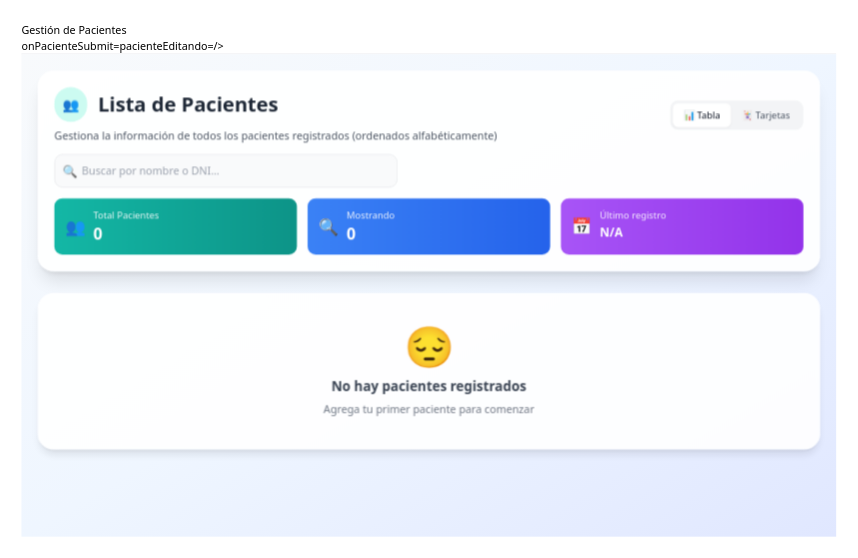
Repository: manucavallera/ConsultorioA
Page: /pacientes (app in frontend/)
An editor plug-in stored every save of this project. The page is shown before and after the next save, followed by the edit.
The browser window is 1280 px wide. The pictures show the whole page, at 67% of full size.
The page's requests for data from a server got no answer. The project was rebuilt for these pictures with package versions that can differ from the ones it lists, and the page was loaded fresh each time. No one was signed in, and anything a server would have sent is missing. Also part of the build but not shown: frontend/vite.config.js, frontend/src/Home.jsx, frontend/src/components/PatientHistoryForm.jsx, frontend/src/components/RegistroTratamiento.jsx, frontend/src/components/Citas.jsx, frontend/src/components/SolicitudAnalisis.jsx, frontend/src/components/SubirEstudiosAnalisis.jsx, frontend/src/components/FotoAntesDespues.jsx.

Above is the page before, as saved 2025-08-07 09:15:46.

After the next save:
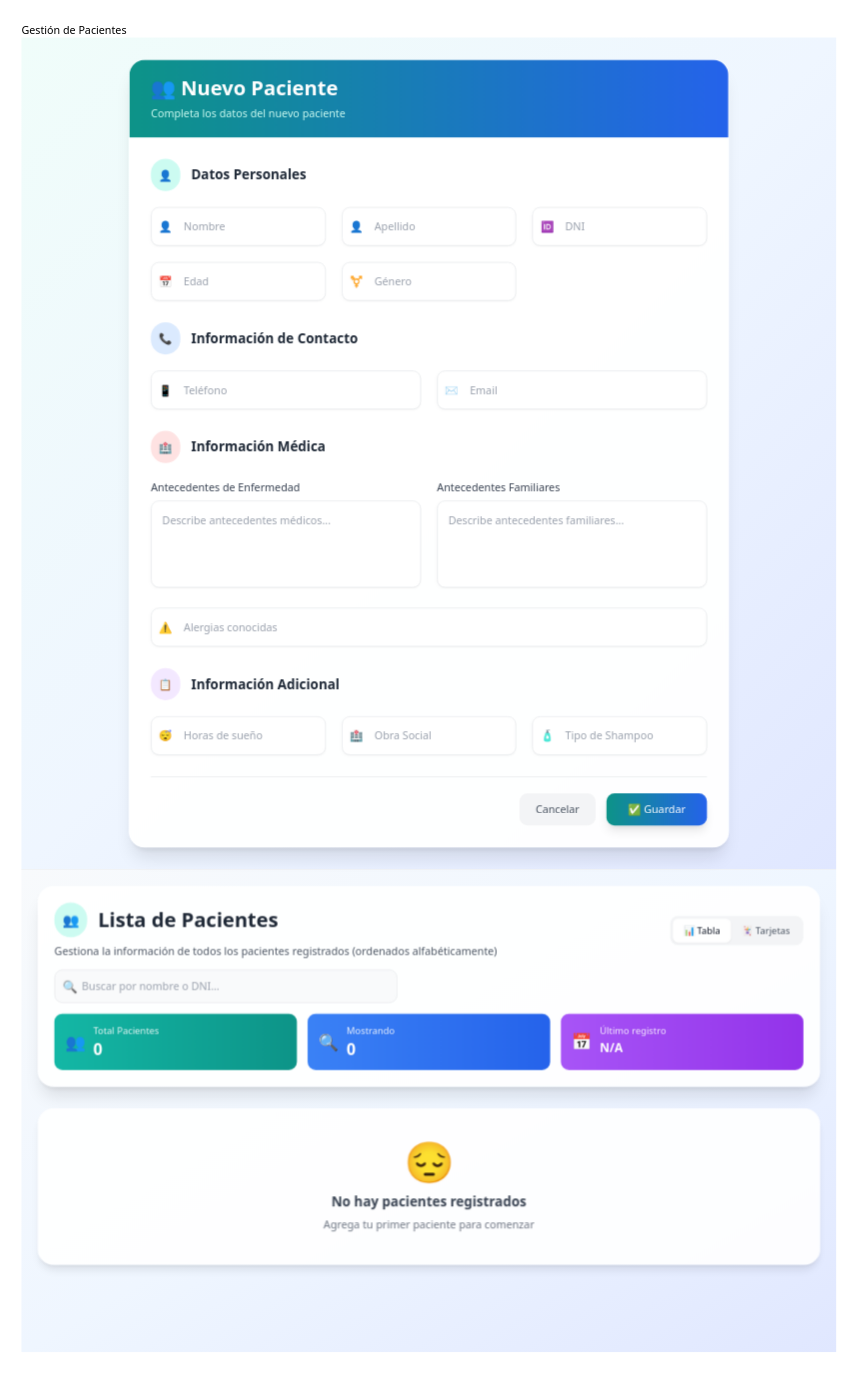
Saved 47 s later.
--- a/frontend/src/App.jsx
+++ b/frontend/src/App.jsx
@@ -41,14 +41,15 @@ function App() {
           element={
             <div style={{ padding: "2rem" }}>
               <h2>Gestión de Pacientes</h2>
-              onPacienteSubmit={handlePacienteSubmit}
-              pacienteEditando={pacienteEditando}
+              <PacienteForm
+                onPacienteSubmit={handlePacienteSubmit}
+                pacienteEditando={pacienteEditando}
               />
               <hr />
               <PacienteList
                 pacientes={pacientes}
                 setPacientes={setPacientes}
-                onEditPaciente={handleEditPaciente} // ✅ FIX: Función estable
+                onEditPaciente={handleEditPaciente}
               />
             </div>
           }
